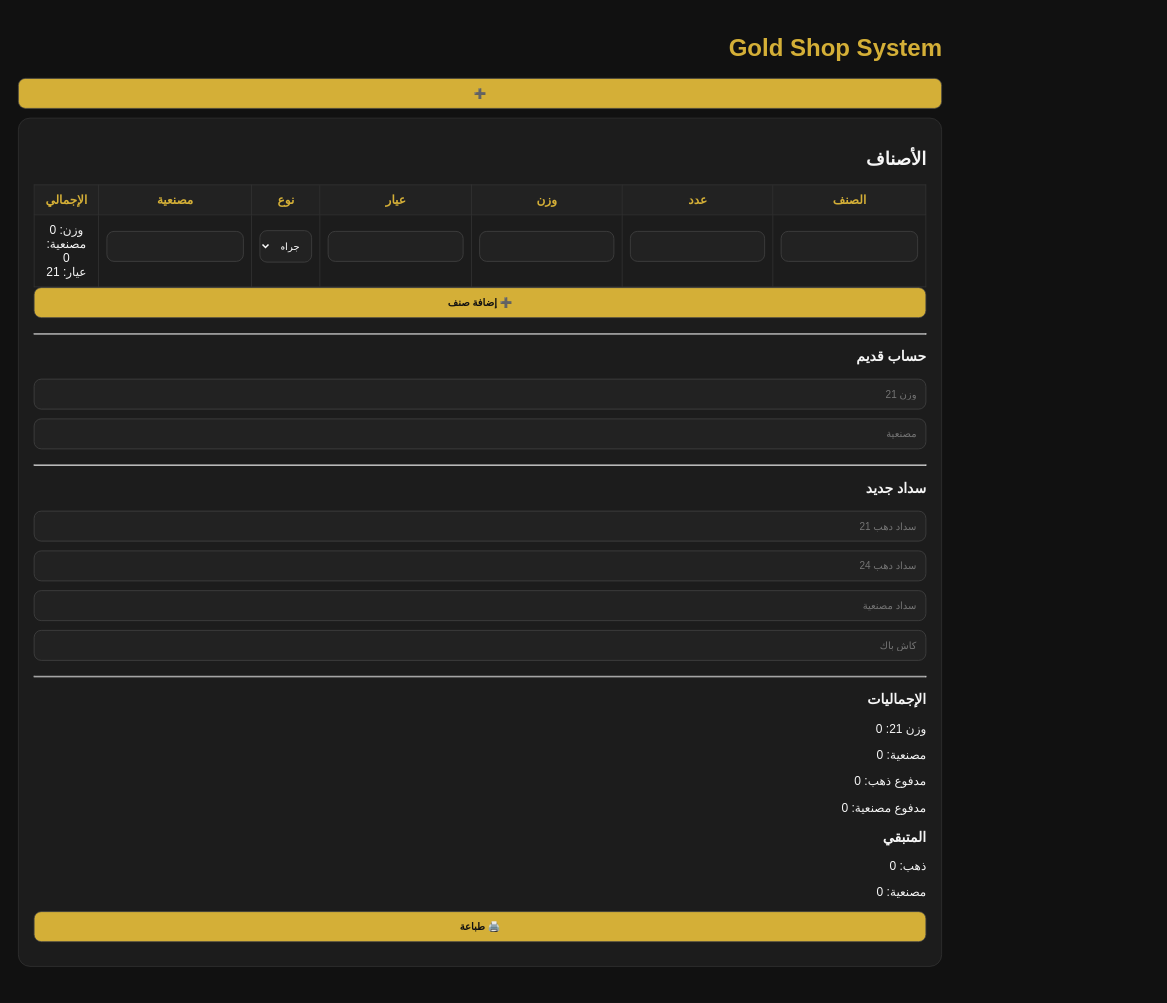
Repository: erineehab27/gold-shop
Page: /
These files come from the project's save history. The page is drawn as it stood at one moment and after a run of saves; the edit follows.
The browser window is 1280 px wide. The page is 1280 px wide, then 1556 px, so the pictures cover 1556 px, including what lies to the right of the window. The pictures show the whole page, at 75% of full size.
The project was rebuilt for these pictures with package versions that can differ from the ones it lists, and the page was loaded fresh each time. Also part of the build but not shown: vite.config.js, src/printpage.jsx.

Above is the page before, as saved 2026-05-11 12:50:54.

After the next 2 saves:
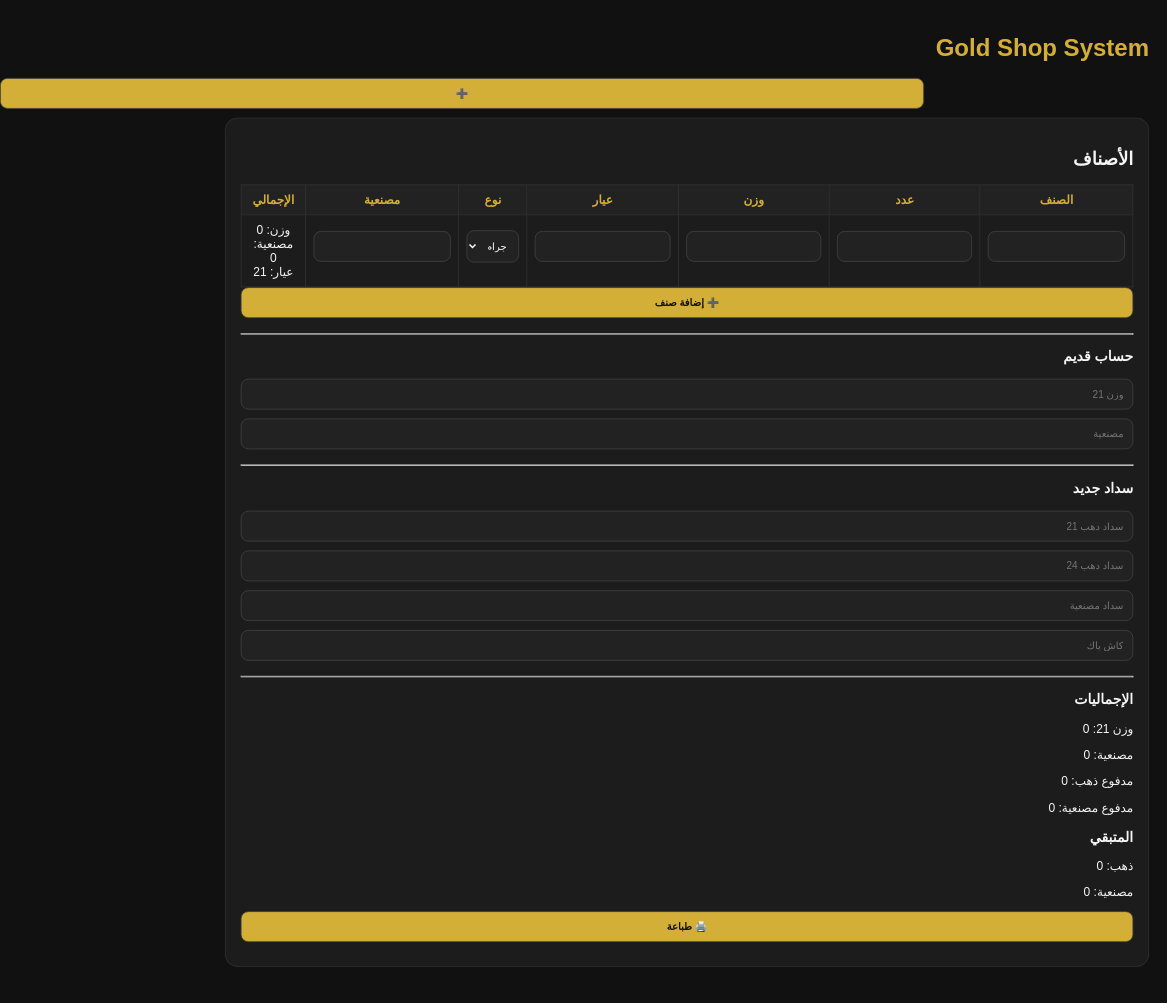
The 2 saves are shown as one change because they came seconds apart.
The last was saved 7 s later.
--- a/src/App.css
+++ b/src/App.css
@@ -99,5 +99,5 @@ th {
 }
 
 .plus{
-  margin-right: ;
+  margin-right: 300px;
 }
